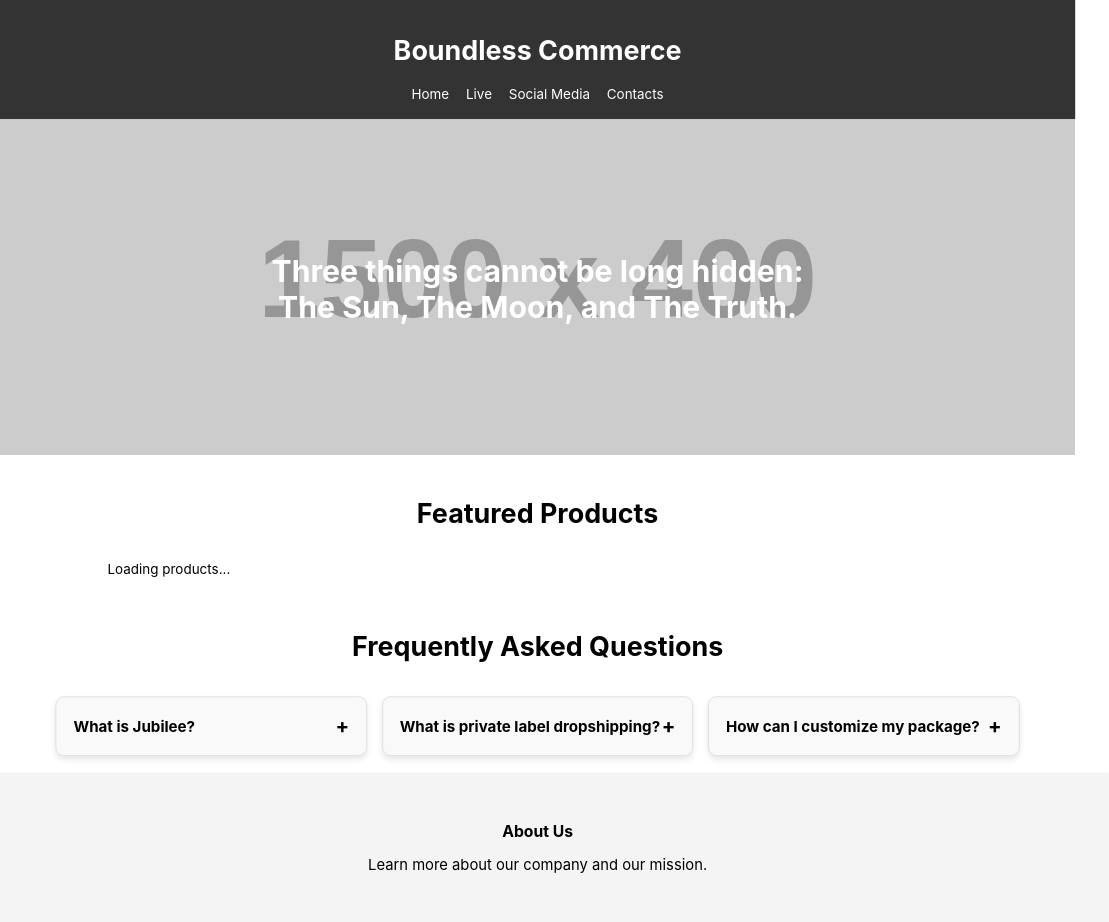
Repository: Nn-Exe/chunar-ecommerce
Page: / (app in ecommerce-frontend/)
An editor plug-in stored every save of this project. The page is shown before and after the next save, followed by the edit.
The browser window is 1280 px wide. The page is 1320 px wide, so the pictures cover 1320 px, including what lies to the right of the window. The pictures show the whole page, at 84% of full size.
The page's requests for data from a server got no answer. The project was rebuilt for these pictures with package versions that can differ from the ones it lists, and the page was loaded fresh each time. No one was signed in, and anything a server would have sent is missing.

Above is the page before, as saved 2024-09-11 14:34:28.

### ecommerce-frontend/src/App.js
import React, { useState, useEffect } from 'react';
import './App.css';
import { BrowserRouter as Router, Route, Routes } from 'react-router-dom';  // Importing React Router
import Navbar from './components/Navbar';  // Correct way to import default export
import HeroSection from './components/HeroSection';  // Correct way to import default export
import ProductList from './components/ProductList';  // Correct way to import default export
import Faq from './components/Faq';  // Import the Faq component from the components folder

// Home page component (the default view)
function Home({ products }) {
  return (
    <div className="home-page">
      {/* Hero Section */}
      <div className="hero-container">
        <HeroSection />
      </div>

      {/* Featured Products Section */}
      <section className="products-section">
        <div className="section-header">
          <h2>Featured Products</h2>
        </div>

        <div className="product-grid">
          <ProductList products={products} />
        </div>
      </section>

      <br />

      {/* FAQ Section */}
      <Faq />  {/* Using the imported Faq component */}

      {/* Add more sections here */}

      <br />

      <section className="about-section">
        <div className="about-content">
          <h3>About Us</h3>
          <p>Learn more about our company and our mission.</p>
        </div>
      </section>
    </div>
  );
}

// Other page components
function Live() {
  return <h2>Live Page</h2>;
}

function Contacts() {
  return <h2>Contacts Page</h2>;
}

function SocialMedia() {
  // External link can be opened using an anchor tag, so no need for a separate page.
  window.location.href = "https://linktr.ee/chunar.co";  // Redirect to external social media page
  return null;
}

function App() {
  const [products, setProducts] = useState([]);

  useEffect(() => {
    fetch('http://localhost:5000/api/products')
      .then((response) => response.json())
      .then((data) => setProducts(data))
      .catch((error) => console.error('Error fetching products:', error));
  }, []);

  return (
    <Router>
      <div className="App">
        <header className="App-header">
          <h1>Boundless Commerce</h1>
          <Navbar />
        </header>

        <Routes>
          {/* Home page route */}
          <Route path="/" element={<Home products={products} />} />

          {/* Other pages */}
          <Route path="/live" element={<Live />} />
          <Route path="/contacts" element={<Contacts />} />

          {/* Redirect to external social media link */}
          <Route path="/social-media" element={<SocialMedia />} />
        </Routes>
      </div>
    </Router>
  );
}

export default App;

### ecommerce-frontend/src/App.css
/* ------------- Main Structure ------------ */

.App-header {
  background-color: #333;
  color: white;
  padding: 20px;
  text-align: center;
}

nav ul {
  list-style-type: none;
  padding: 0;
  margin: 0;
  display: flex;
  justify-content: center;
  gap: 20px;
}

nav ul li a {
  color: white;
  text-decoration: none;
  font-size: 16px;
}

.hero {
  position: relative;
  text-align: center;
}

.hero-banner {
  width: 100%;
  height: 400px;
  object-fit: cover;
}

.hero-text {
  position: absolute;
  top: 50%;
  left: 50%;
  transform: translate(-50%, -50%);
  color: white;
  font-size: 24px;
  font-weight: bold;
}

.products {
  padding: 40px;
  text-align: center;
}

.product-list {
  display: grid;
  grid-template-columns: repeat(5, 1fr);
  gap: 20px;
}

.product-card {
  border: 1px solid #ddd;
  padding: 20px;
  text-align: center;
  transition: transform 0.3s;
}

.product-card img {
  max-width: 100%;
  height: auto;
  margin-bottom: 10px;
}

.product-card:hover {
  transform: scale(1.05);
}


.product-card img {
  width: 200px;
  height: 200px;
  object-fit: cover;   /* Ensures the image covers the given area */
  border-radius: 10px; /* Optional: adds rounded corners */
}



/* ----------- Home Div -------------- */

/* App.css */

.home-page {
  display: flex;
  flex-direction: column;
  align-items: center;
}

/* Hero Section */
.hero-container {
  width: 100%;
  margin-bottom: 20px;
}

/* Products Section */
.products-section {
  width: 80%;
  margin: 0 auto;
}

.section-header h2 {
  text-align: center;
  font-size: 2rem;
  margin-bottom: 20px;
}

/* Product Grid
.product-grid {
  display: grid;
  grid-template-columns: repeat(3, 1fr);
  gap: 20px;
}

.product-card {
  border: 1px solid #ddd;
  padding: 20px;
  text-align: center;
} */

/* About Section */
.about-section {
  background-color: #f4f4f4;
  padding: 40px;
  width: 100%;
  text-align: center;
}

.about-section h3 {
  margin-bottom: 10px;
}

.about-section p {
  font-size: 1.1rem;
}


/* ----------- FAQ Section ---------------- */


/* Center the FAQ section */
.faq-section {
  max-width: 1200px;
  margin: 0 auto;
  text-align: center; /* Center the FAQ header */
}

/* Style the header separately */
.faq-section h2 {
  font-size: 32px;
  margin-bottom: 40px;
}

/* Grid layout for the FAQ items (excluding the header) */
.faq-items {
  display: grid;
  grid-template-columns: repeat(3, minmax(0, 1fr)); /* Two columns per row, independent sizing */
  gap: 20px; /* Space between the FAQ items */
  justify-items: center; /* Center the items */
  align-items: start; /* Align items at the top */
}

/* Style each FAQ item */
.faq-item {
  border: 1px solid #ddd;
  border-radius: 10px;
  width: 100%; /* Ensure FAQ bubbles are the same size initially */
  background-color: #f9f9f9;
  box-shadow: 0 4px 8px rgba(0, 0, 0, 0.1);
  transition: transform 330ms ease-in-out; /* Smooth scaling transition */
  transform-origin: center; /* Ensures scaling happens from the center */
}

.faq-item.active {
  transform: scale(1.05); /* Scale up slightly on toggle */
}

.faq-item:hover {
  transform: scale(1.02); /* Slightly enlarge on hover */
}

/* Style the FAQ question (clickable area) */
.faq-question {
  padding: 20px;
  cursor: pointer;
  display: flex;
  justify-content: space-between;
  align-items: center;
  font-weight: bold;
  font-size: 18px;
}

/* Style the FAQ answer */
.faq-answer {
  padding: 0 20px;
  overflow: hidden;
  max-height: 0; /* Initially hidden */
  opacity: 0;
  transition: max-height 0.5s ease, opacity 0.5s ease; /* Smooth animation */
}

/* When the FAQ item is active, show the answer with a smooth transition */
.faq-item.active .faq-answer {
  max-height: 500px; /* Adjust based on expected content height */
  opacity: 1;
  padding-bottom: 20px; /* Add padding for better spacing when expanded */
}

/* Style the icon for toggling */
.icon {
  font-size: 24px;
  font-weight: bold;
  transition: transform 0.3s ease; /* Smoothly rotate the icon */
}

.faq-item.active .icon {
  transform: rotate(45deg); /* Rotate icon when active */
}

### ecommerce-frontend/src/components/Navbar.js
import React from 'react';
import { Link } from 'react-router-dom';

function Navbar() {
  return (
    <nav>
      <ul>
        <li><Link to="/">Home</Link></li>  {/* Links to the home page */}
        <li><Link to="/live">Live</Link></li>  {/* Links to the live page */}
        <li><a href="https://linktr.ee/chunar.co" target="_blank" rel="noopener noreferrer">Social Media</a></li> {/* Opens external link in new tab */}
        <li><Link to="/contacts">Contacts</Link></li>  {/* Links to the contacts page */}
      </ul>
    </nav>
  );
}

export default Navbar;

### ecommerce-frontend/src/components/HeroSection.js
import React from 'react';

function HeroSection() {
  return (
    <section className="hero">
      <img src="https://via.placeholder.com/1500x400" alt="Banner" className="hero-banner" />
      <div className="hero-text">
        <h2>Three things cannot be long hidden: The Sun, The Moon, and The Truth.</h2>
      </div>
    </section>
  );
}

export default HeroSection;  // Ensure you have this line

### ecommerce-frontend/src/components/ProductList.js
import React from 'react';

function ProductList({ products }) {
  return (
    <div className="product-list">
      {products.length === 0 ? (
        <p>Loading products...</p>
      ) : (
        products.map((product) => (
          <div key={product.id} className="product-card">
              <img
                src={product.image}
                alt={product.name}
                className="product-image"
              />
            <h3>{product.name}</h3>
            <p>{product.description}</p>
            <p>${product.price}</p>
          </div>
        ))
      )}
    </div>
  );
}

export default ProductList;

### ecommerce-frontend/src/components/Faq.js
import React, { useState } from 'react';

const Faq = () => {
  const [activeIndex, setActiveIndex] = useState(null);

  const toggleFaq = (index) => {
    setActiveIndex(activeIndex === index ? null : index);
  };

  return (
    <div className="faq-section">
      <h2>Frequently Asked Questions</h2>

      <div className="faq-items"> {/* Grid layout for the items */}
        <div className={`faq-item ${activeIndex === 0 ? 'active' : ''}`}>
          <div className="faq-question" onClick={() => toggleFaq(0)}>
            <span>What is Jubilee?</span>
            <span className="icon">{activeIndex === 0 ? '-' : '+'}</span>
          </div>
          {activeIndex === 0 && (
            <div className="faq-answer">
              <p>Jubilee is a dropshipping marketplace that lets you build your own cosmetic and skincare line with minimal upfront costs...</p>
            </div>
          )}
        </div>

        <div className={`faq-item ${activeIndex === 1 ? 'active' : ''}`}>
          <div className="faq-question" onClick={() => toggleFaq(1)}>
            <span>What is private label dropshipping?</span>
            <span className="icon">{activeIndex === 1 ? '-' : '+'}</span>
          </div>
          {activeIndex === 1 && (
            <div className="faq-answer">
              <p>Private label dropshipping allows you to sell products from suppliers with your own branding...</p>
            </div>
          )}
        </div>

        <div className={`faq-item ${activeIndex === 2 ? 'active' : ''}`}>
          <div className="faq-question" onClick={() => toggleFaq(2)}>
            <span>How can I customize my package?</span>
            <span className="icon">{activeIndex === 2 ? '-' : '+'}</span>
          </div>
          {activeIndex === 2 && (
            <div className="faq-answer">
              <p>Private labeling is a great way to showcase your brand...</p>
            </div>
          )}
        </div>
      </div>
    </div>
  );
};

export default Faq;

Loaded but not shown: ecommerce-frontend/public/index.html (common file); ecommerce-frontend/src/index.js (common file); ecommerce-frontend/src/index.css (common file); ecommerce-frontend/src/reportWebVitals.js (common file)

After the next save:
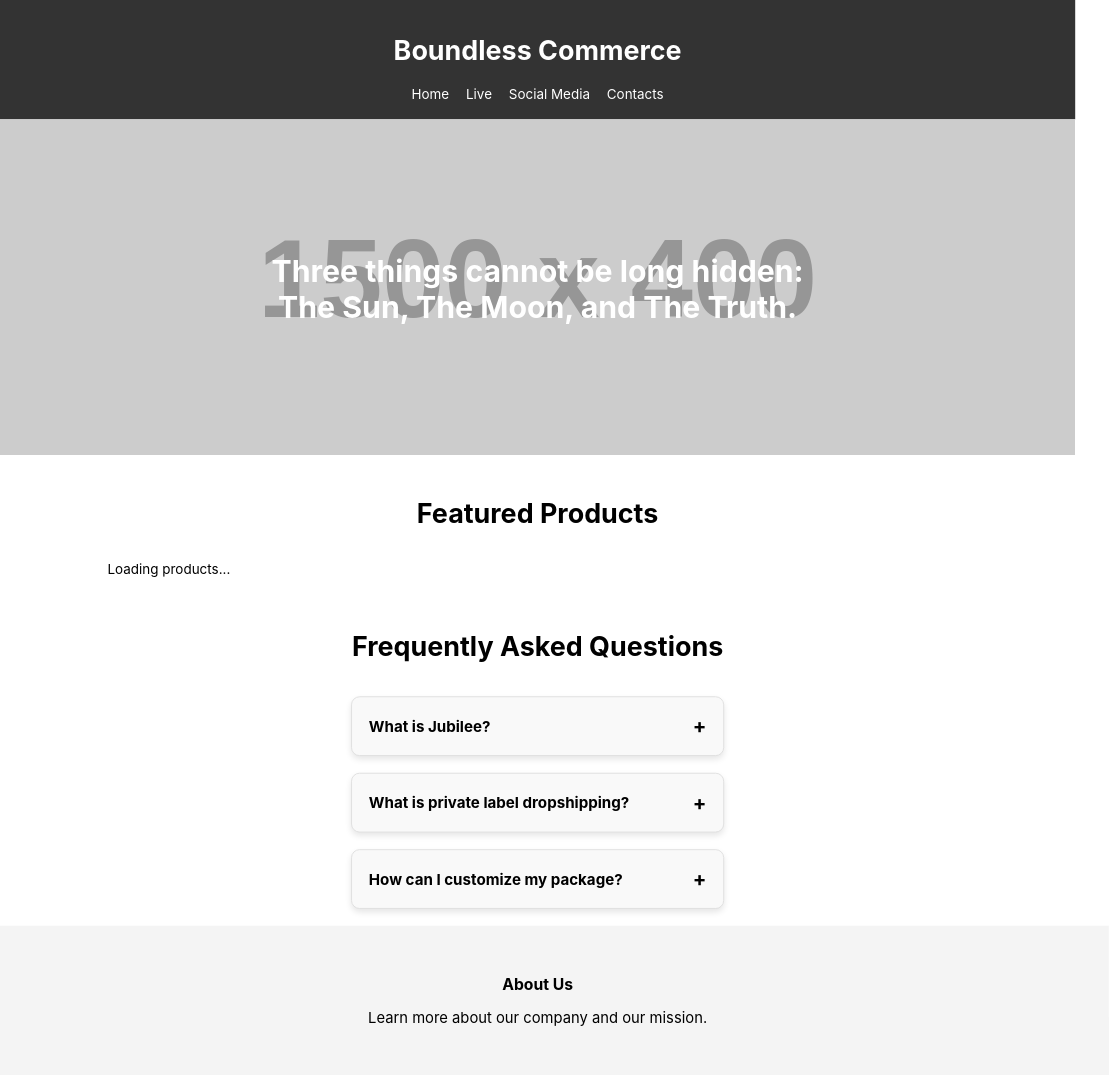
Saved 18 s later.
--- a/ecommerce-frontend/src/App.css
+++ b/ecommerce-frontend/src/App.css
@@ -158,7 +158,7 @@ nav ul li a {
 /* Grid layout for the FAQ items (excluding the header) */
 .faq-items {
   display: grid;
-  grid-template-columns: repeat(3, minmax(0, 1fr)); /* Two columns per row, independent sizing */
+  grid-template-columns: repeat(1, minmax(0, 1fr)); /* Two columns per row, independent sizing */
   gap: 20px; /* Space between the FAQ items */
   justify-items: center; /* Center the items */
   align-items: start; /* Align items at the top */
